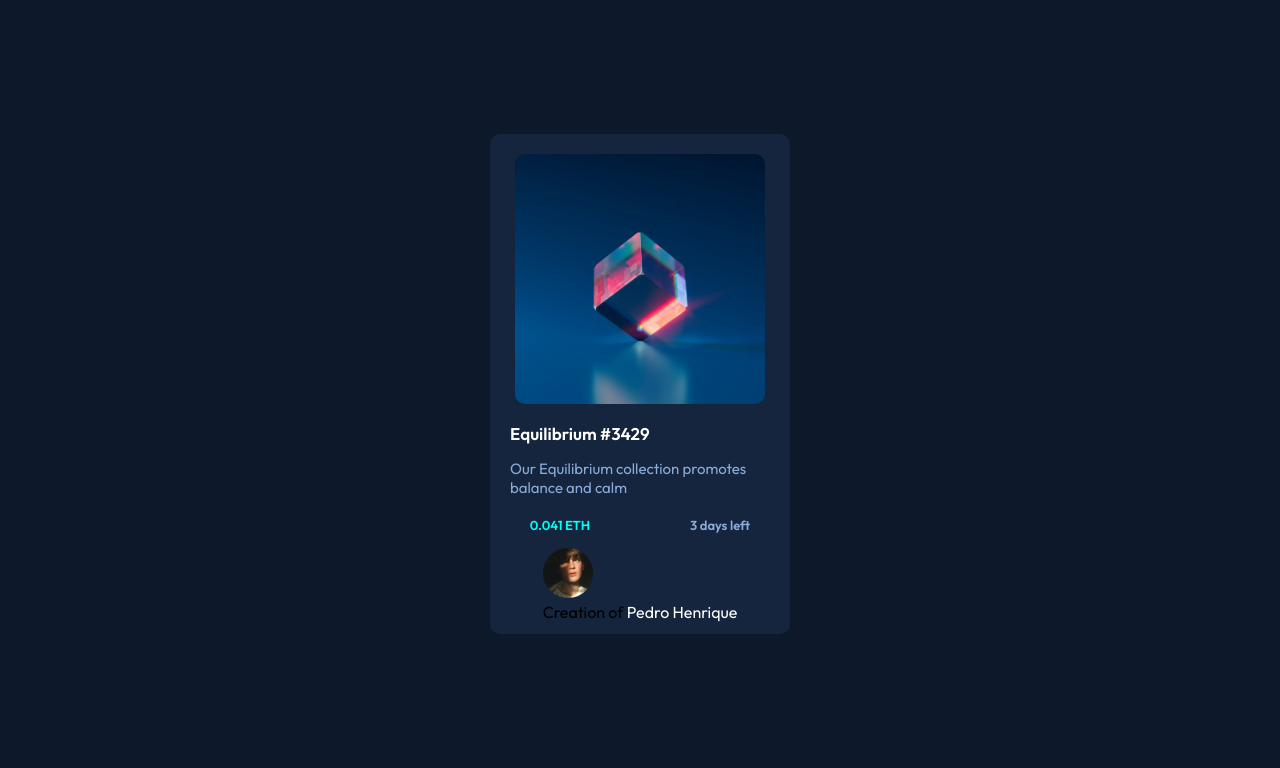
Repository: PedroHEAA/nft
Page: index.html
These files come from the project's save history. The page is drawn as it stood at one moment and after the next save; the edit follows.
The browser window is 1280 px wide. The pictures show the whole page.

Above is the page before, as saved 2022-11-03 20:47:51.

After the next save:
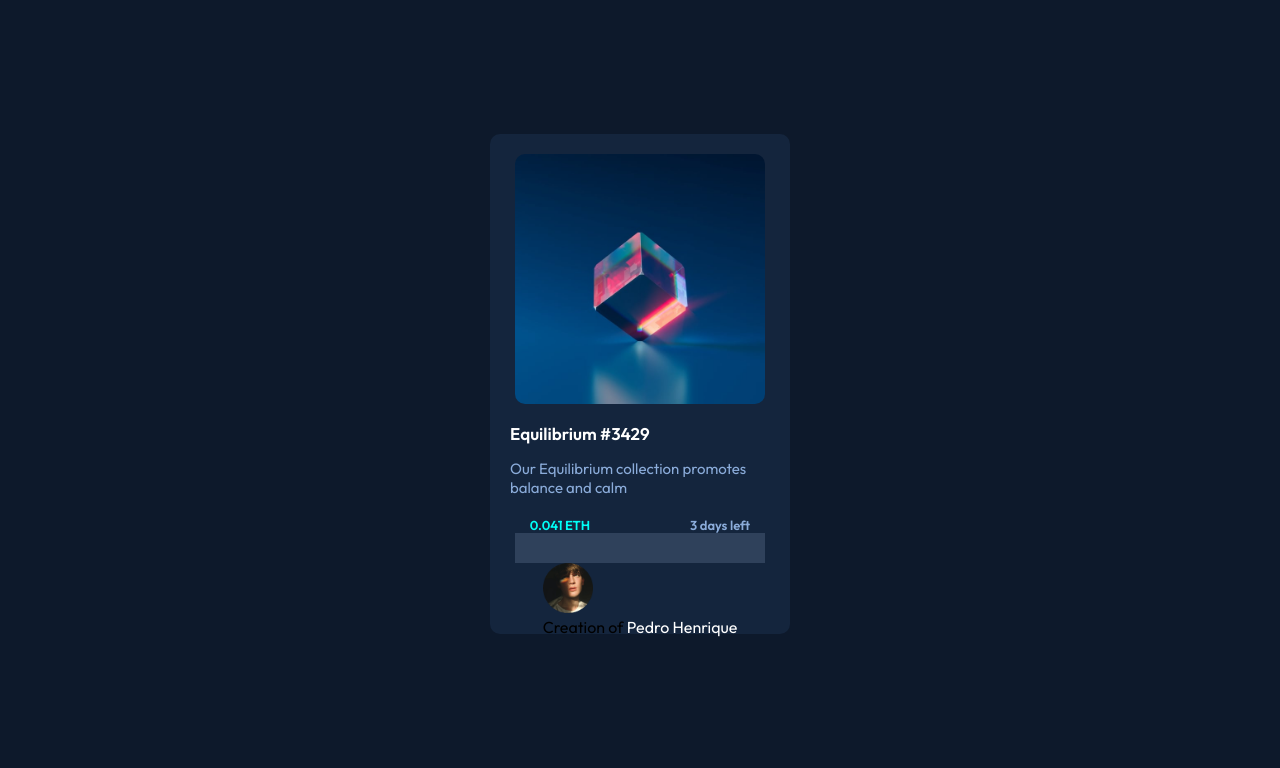
Saved 11 s later.
--- a/src/css/style.css
+++ b/src/css/style.css
@@ -67,5 +67,5 @@
     width: 250px;
     height: 1px;
     border-width: 0;
-    margin-top: 15px;
+    padding: 15px;
 }
